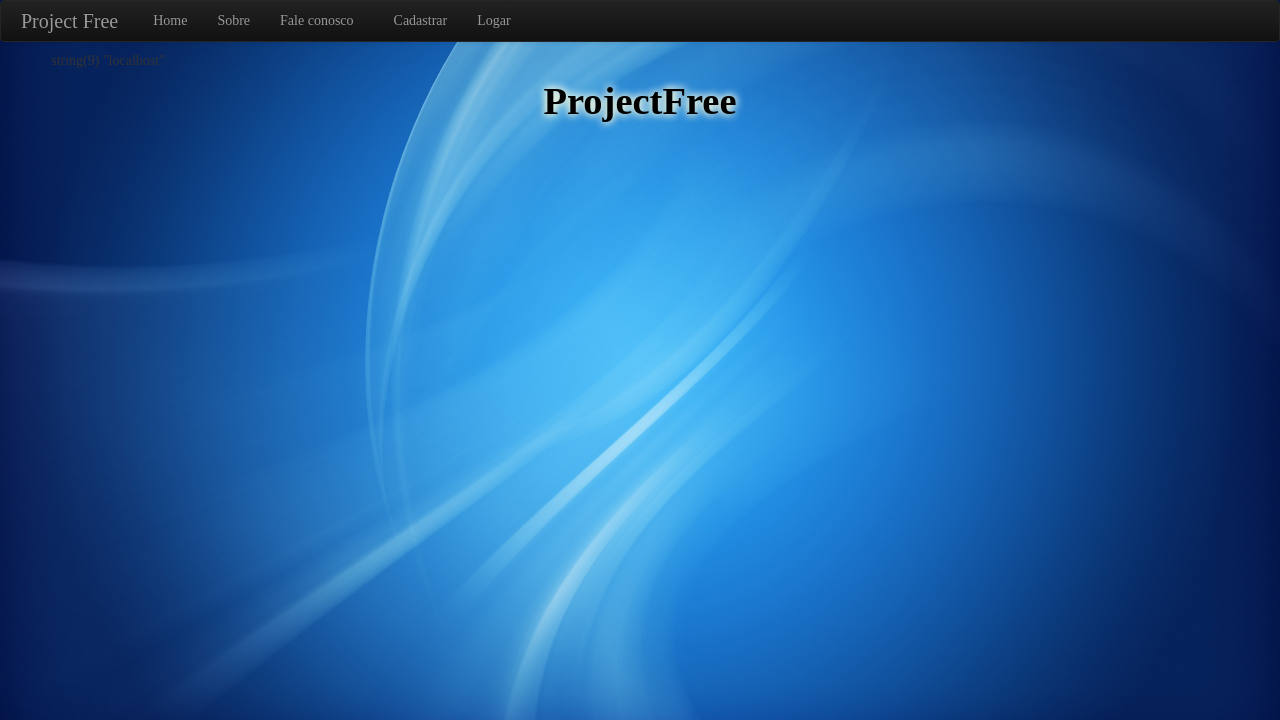
Repository: BrunoRB/ProjetoBanco
Page: http://localhost/templates/header.php
An editor plug-in stored every save of this project. The page is shown before and after the next save, followed by the edit.
The browser window is 1280 px wide. The pictures show the whole page.
The page is run by PHP 8.4 with error messages shown; the project is at /var/www/html/.

Above is the page before, as saved 2013-06-14 23:17:54.

After the next save:
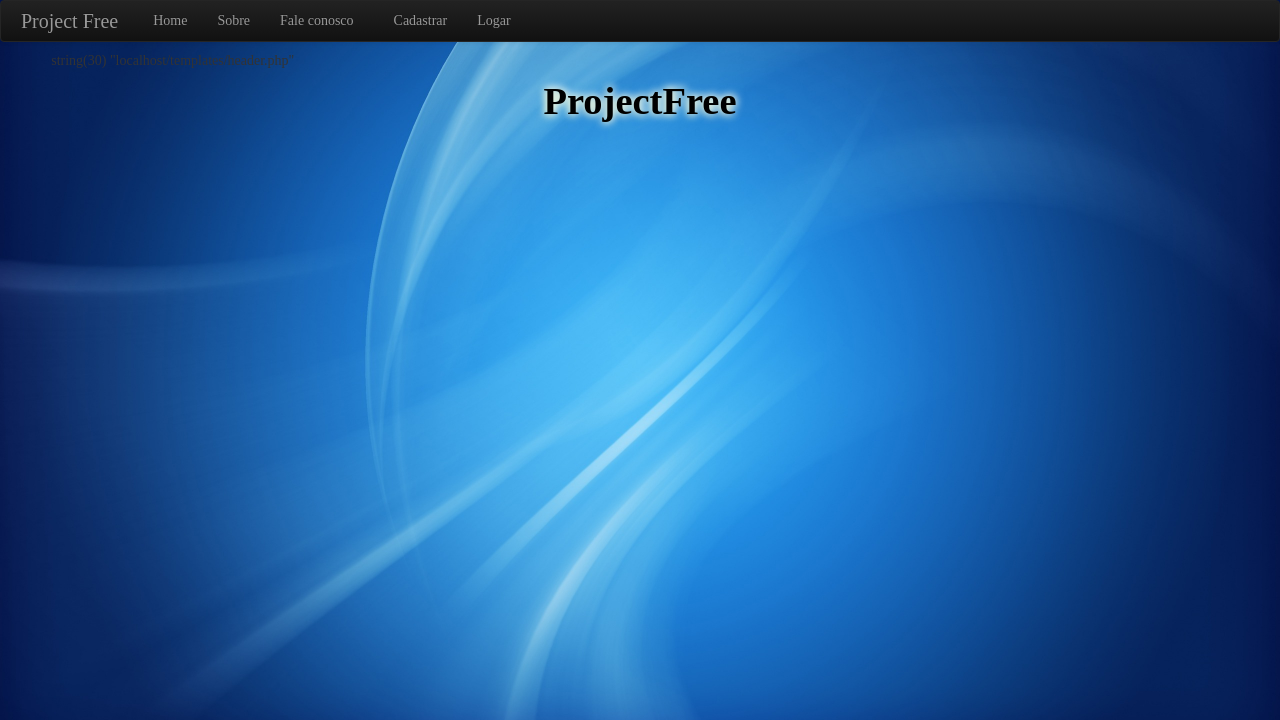
Saved 21 s later.
--- a/codigo/ProjectFree/templates/header.php
+++ b/codigo/ProjectFree/templates/header.php
@@ -6,7 +6,7 @@
 class Header{
 
 	public static function loadHead($title) {
-		var_dump($_SERVER['HTTP_HOST']);
+		var_dump($_SERVER['HTTP_HOST'] .$_SERVER['PHP_SELF']);
 		?>
 		<!DOCTYPE HTML>
 
